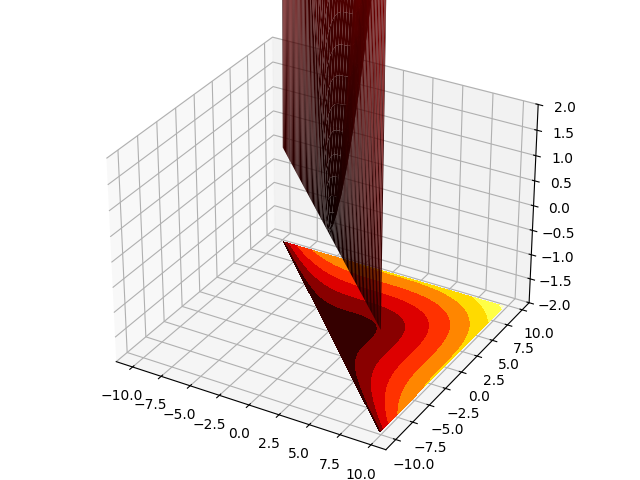
Repository: Jaamunozr/Archivos-python
Script's output: python Archivos Python/Graficas/3d.py
These files come from the project's save history. The script's output is drawn as it stood at one moment and after the next save; the edit follows.
Random numbers start from a fixed seed.

Above is the script's output before, as saved 2020-02-19 11:28:08.

After the next save:
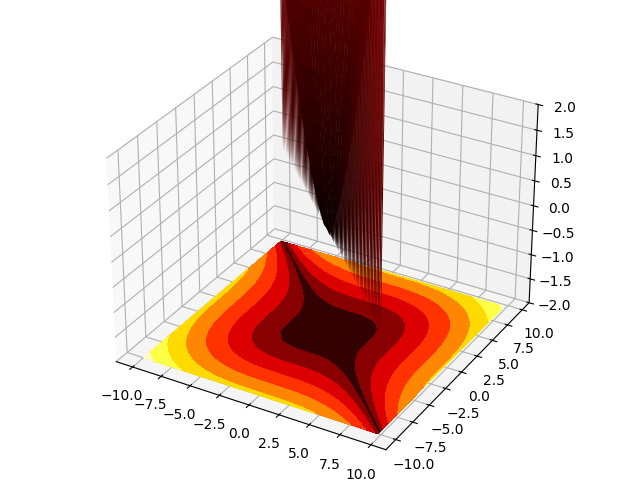
Saved 19 s later.
--- a/Archivos Python/Graficas/3d.py
+++ b/Archivos Python/Graficas/3d.py
@@ -9,7 +9,7 @@ Y = np.arange(-10, 10, 0.25)
 X, Y = np.meshgrid(X, Y)
 axs = 5 #, ay = 0.5
 print(axs)
-Z = np.sqrt(X ** 3 + Y ** 3)
+Z = np.sqrt(abs(X ** 3 + Y ** 3))
 
 
 ax.plot_surface(X, Y, Z, rstride=1, cstride=1, cmap=pl.cm.hot)
